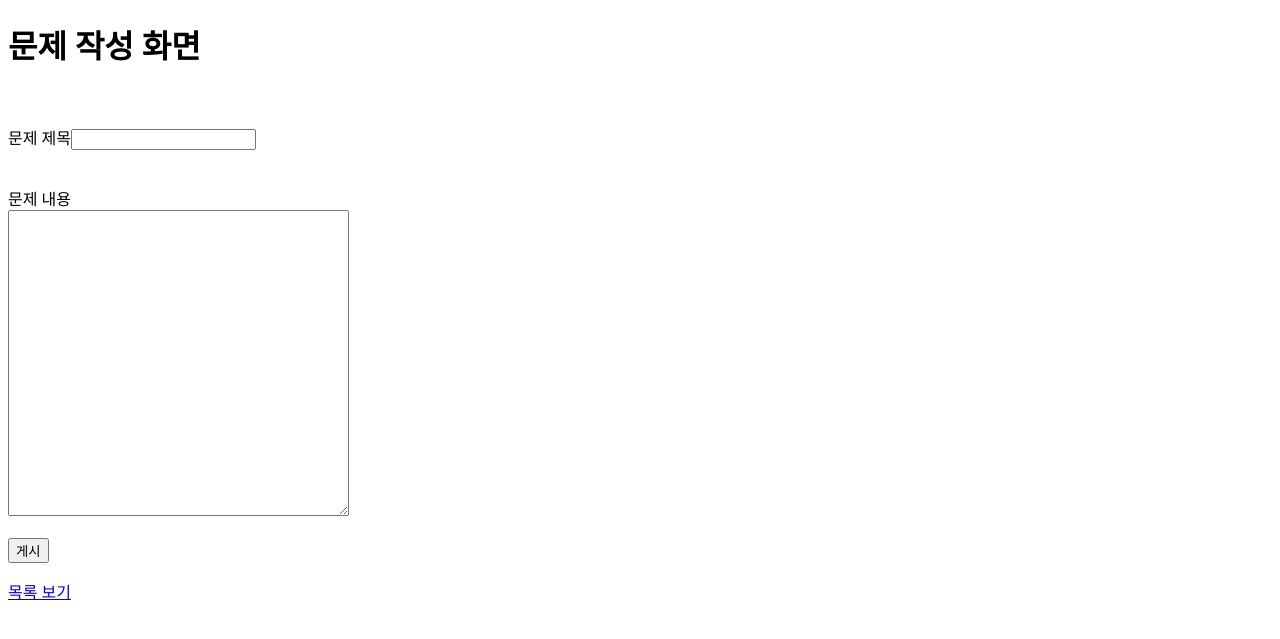
Repository: ryuhm48/Opensource-Project05
Page: http://localhost/Problems/Problems/ProblemWrite.jsp
These files come from the project's save history. The page is drawn as it stood at one moment and after the next save; the edit follows.
The browser window is 1280 px wide. The pictures show the whole page.
The page is served by Tomcat 9. Other server files are loaded and not shown.

Above is the page before, as saved 2019-06-02 01:51:59.

### 문제 풀이 제출 추가/Problems/WebContent/Problems/ProblemWrite.jsp
<%@ page language="java" contentType="text/html; charset=UTF-8"
pageEncoding="UTF-8"%>

<!DOCTYPE html PUBLIC "-//W3C//DTD HTML 4.01Transitional//EN" "http://www.w3.org/TR/html4/loose.dtd">
<html>
<head>
<meta http-equiv="Content-Type" content = text/html; charset="UTF-8">
<title>문제 작성</title>
</head>
<body>
	<h1>문제 작성 화면</h1>

	<form action = "write.do" method = "post">
		<input type = "text" name = "studyNum" style = "display : none;" value = "1"><br/>
		<input type = "text" name = "problemNum2" style = "display : none;" value = "1"><br/>
		문제 제목<input type = "text" name = "problemName"><br/>
		<input type = "text" name = "problemLanguage" style = "display : none;" value = "C"><br/>
		<input type = "text" name = "writerName" style = "display : none;" value = "김경태"><br/>
		문제 내용<br/><textarea name = "problemContent" rows="20" cols="40"></textarea><br/><br/>
		<input type = "submit" value = "게시"></br>
	</form>

	<p><a href="list.do">목록 보기</a></p>

</body>
</html>

After the next save:
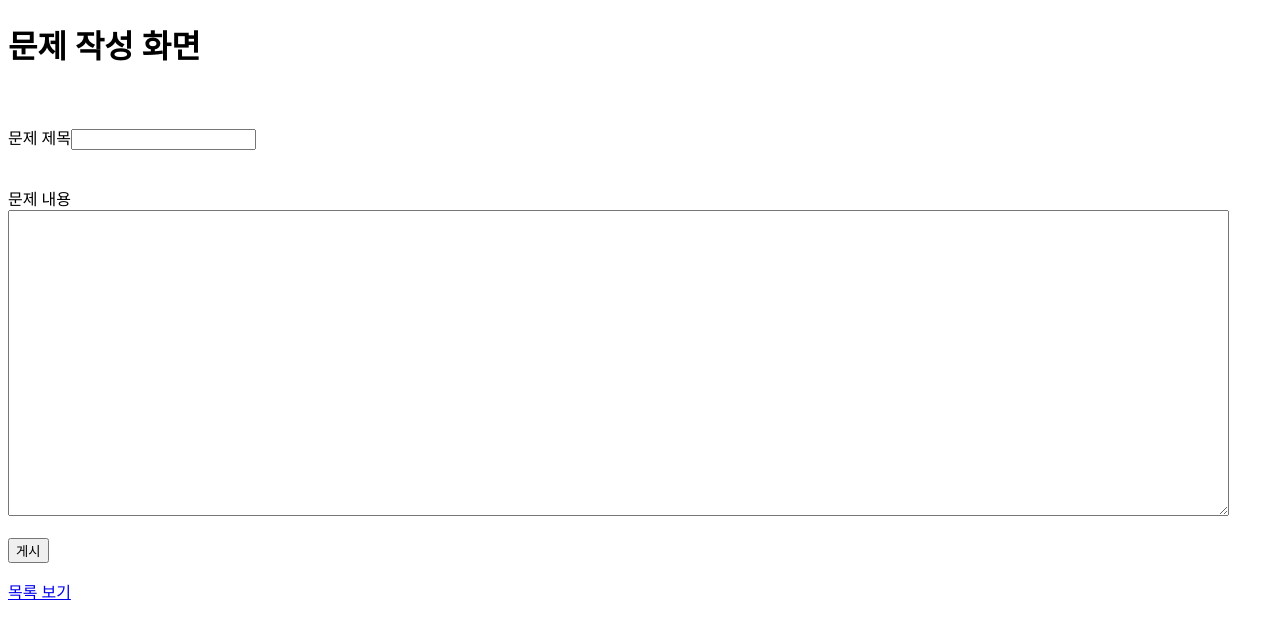
Saved 20 min 55 s later.
--- a/문제 풀이 제출 추가/Problems/WebContent/Problems/ProblemWrite.jsp
+++ b/문제 풀이 제출 추가/Problems/WebContent/Problems/ProblemWrite.jsp
@@ -16,7 +16,7 @@ pageEncoding="UTF-8"%>
 		문제 제목<input type = "text" name = "problemName"><br/>
 		<input type = "text" name = "problemLanguage" style = "display : none;" value = "C"><br/>
 		<input type = "text" name = "writerName" style = "display : none;" value = "김경태"><br/>
-		문제 내용<br/><textarea name = "problemContent" rows="20" cols="40"></textarea><br/><br/>
+		문제 내용<br/><textarea name = "problemContent" rows="20" cols="150"></textarea><br/><br/>
 		<input type = "submit" value = "게시"></br>
 	</form>
 
